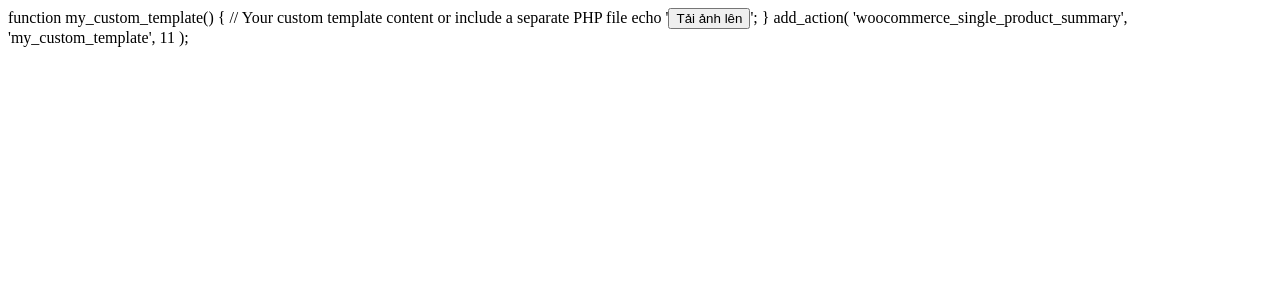
Repository: haonguyen09/web_anh
Page: http://localhost/wp-content/themes/function.php
An editor plug-in stored every save of this project. The page is shown before and after the next save, followed by the edit.
The browser window is 1280 px wide. The pictures show the whole page.
The page is run by PHP 8.4 with error messages shown; the project is at /var/www/html/.

Above is the page before, as saved 2023-11-15 22:22:23.

### wp-content/themes/function.php
function my_custom_template() {
// Your custom template content or include a separate PHP file
echo '<Button class="my-custom-section">Tải ảnh lên</Button>';
}

add_action( 'woocommerce_single_product_summary', 'my_custom_template', 11 );

After the next save:
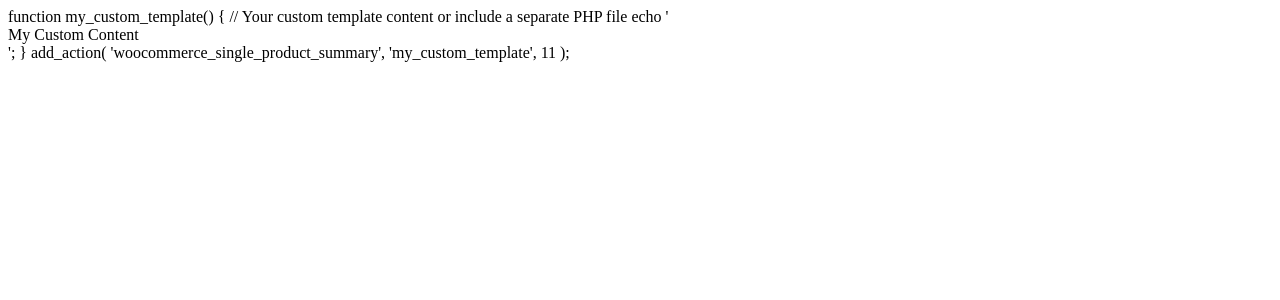
Saved 1 s later.
--- a/wp-content/themes/function.php
+++ b/wp-content/themes/function.php
@@ -1,6 +1,6 @@
 function my_custom_template() {
 // Your custom template content or include a separate PHP file
-echo '<Button class="my-custom-section">Tải ảnh lên</Button>';
+echo '<div class="my-custom-section">My Custom Content</div>';
 }
 
 add_action( 'woocommerce_single_product_summary', 'my_custom_template', 11 );
